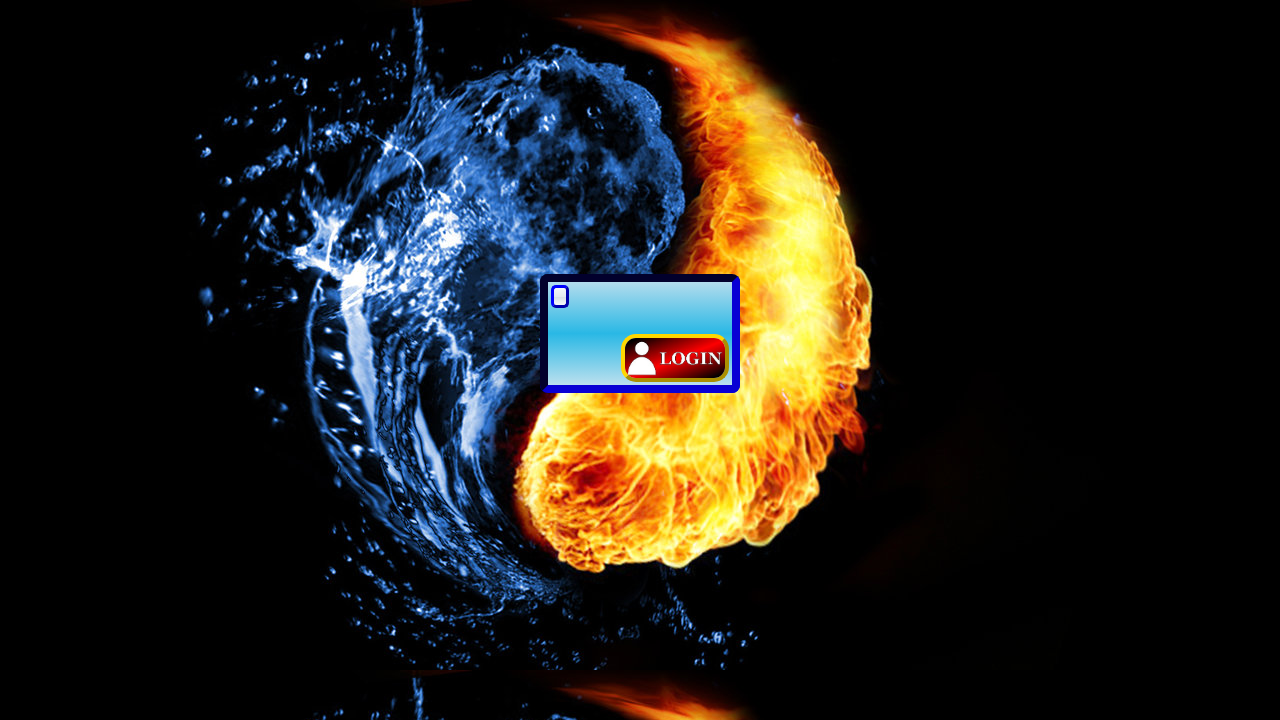
Repository: Albocoder/Event-handler
Page: loginBrain/WebContent/WEB-INF/adminPanel.html
These files come from the project's save history. The page is drawn as it stood at one moment and after the next save; the edit follows.
The browser window is 1280 px wide. The pictures show the whole page.

Above is the page before, as saved 2015-08-10 14:35:10.

### loginBrain/WebContent/WEB-INF/adminPanel.html
<!DOCTYPE html>
<html>
<head>
<title>Admin Panel</title>
<meta charset="UTF-8"/>
<style type="text/css">
	table{
			color: gold;
 			font-weight: bold;
			text-shadow: 2px 2px 2px black;
			border:8px inset #060080;
			border-radius: 8px;
background: rgba(179,220,237,1);
background: -moz-linear-gradient(top, rgba(179,220,237,1) 0%, rgba(41,184,229,1) 50%, rgba(188,224,238,1) 100%);
background: -webkit-gradient(left top, left bottom, color-stop(0%, rgba(179,220,237,1)), color-stop(50%, rgba(41,184,229,1)), color-stop(100%, rgba(188,224,238,1)));
background: -webkit-linear-gradient(top, rgba(179,220,237,1) 0%, rgba(41,184,229,1) 50%, rgba(188,224,238,1) 100%);
background: -o-linear-gradient(top, rgba(179,220,237,1) 0%, rgba(41,184,229,1) 50%, rgba(188,224,238,1) 100%);
background: -ms-linear-gradient(top, rgba(179,220,237,1) 0%, rgba(41,184,229,1) 50%, rgba(188,224,238,1) 100%);
background: linear-gradient(to bottom, rgba(179,220,237,1) 0%, rgba(41,184,229,1) 50%, rgba(188,224,238,1) 100%);
filter: progid:DXImageTransform.Microsoft.gradient( startColorstr='#b3dced', endColorstr='#bce0ee', GradientType=0 );
}
body {
	background-image:url('wallpaper.jpg');
}

table{
	margin-top: 230px;
}

input.input{
	border: 4px outset gold;
	border-radius: 15px;
	margin-left: 70px;
}

input{
	border: 3px outset blue;
	border-radius: 5px;
	color: black;
	background: rgb(246,248,249); /* Old browsers */
	background: -moz-linear-gradient(top,  rgba(246,248,249,1) 0%, rgba(229,235,238,1) 50%, rgba(215,222,227,1) 51%, rgba(245,247,249,1) 100%); /* FF3.6+ */
	background: -webkit-gradient(linear, left top, left bottom, color-stop(0%,rgba(246,248,249,1)), color-stop(50%,rgba(229,235,238,1)), color-stop(51%,rgba(215,222,227,1)), color-stop(100%,rgba(245,247,249,1))); /* Chrome,Safari4+ */
	background: -webkit-linear-gradient(top,  rgba(246,248,249,1) 0%,rgba(229,235,238,1) 50%,rgba(215,222,227,1) 51%,rgba(245,247,249,1) 100%); /* Chrome10+,Safari5.1+ */
	background: -o-linear-gradient(top,  rgba(246,248,249,1) 0%,rgba(229,235,238,1) 50%,rgba(215,222,227,1) 51%,rgba(245,247,249,1) 100%); /* Opera 11.10+ */
	background: -ms-linear-gradient(top,  rgba(246,248,249,1) 0%,rgba(229,235,238,1) 50%,rgba(215,222,227,1) 51%,rgba(245,247,249,1) 100%); /* IE10+ */
	background: linear-gradient(to bottom,  rgba(246,248,249,1) 0%,rgba(229,235,238,1) 50%,rgba(215,222,227,1) 51%,rgba(245,247,249,1) 100%); /* W3C */
	filter: progid:DXImageTransform.Microsoft.gradient( startColorstr='#f6f8f9', endColorstr='#f5f7f9',GradientType=0 ); /* IE6-9 */

}
</style>
</head>
<body>
<center>
<table>
<br>
<br>
<tr><td><input name="un" type="button" width="40" height="40"/></td></tr>
<tr>
<td colspan = "2">
</tr>
<tr><td colspan="2">
<br>
<input class="input" type="image" src="login.jpg" alt="login" align="center" width="100" height="40">
</td>
</tr>
</form>
</table>
</center>
</body>
</html>

After the next save:
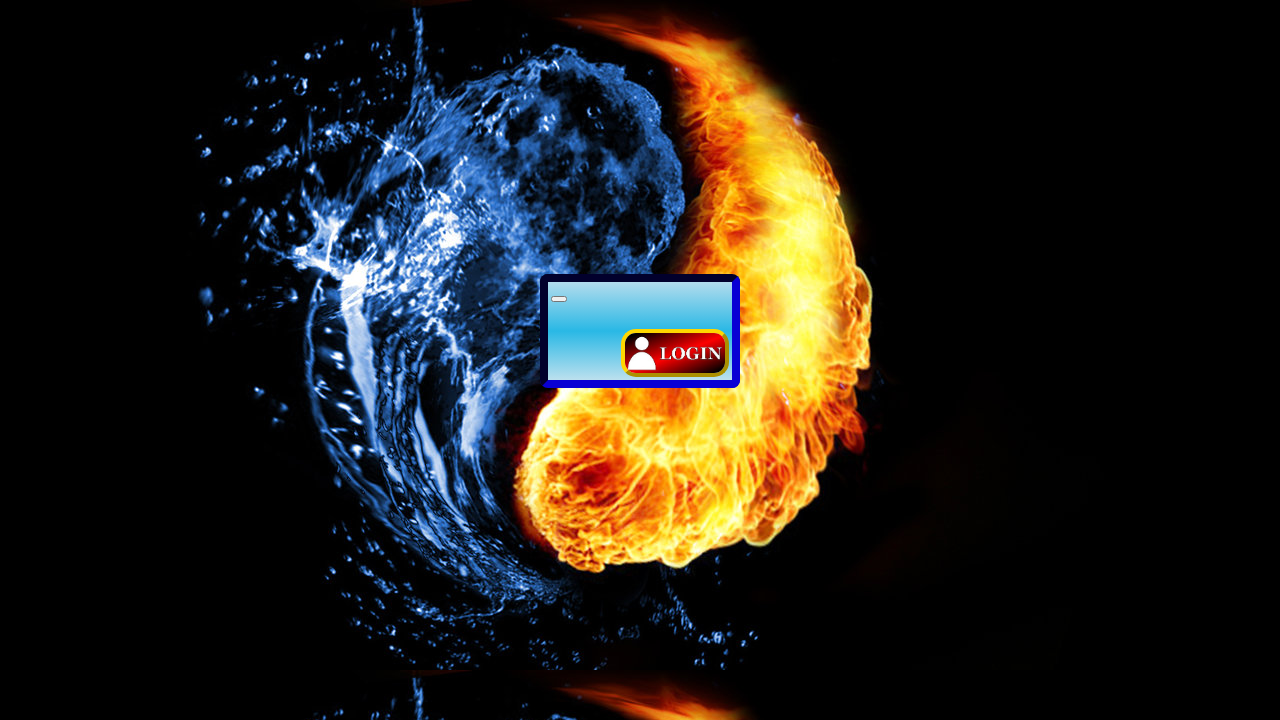
Saved 45 s later.
--- a/loginBrain/WebContent/WEB-INF/adminPanel.html
+++ b/loginBrain/WebContent/WEB-INF/adminPanel.html
@@ -54,7 +54,7 @@ input{
 <table>
 <br>
 <br>
-<tr><td><input name="un" type="button" width="40" height="40"/></td></tr>
+<tr><td><button  /></td></tr>
 <tr>
 <td colspan = "2">
 </tr>
